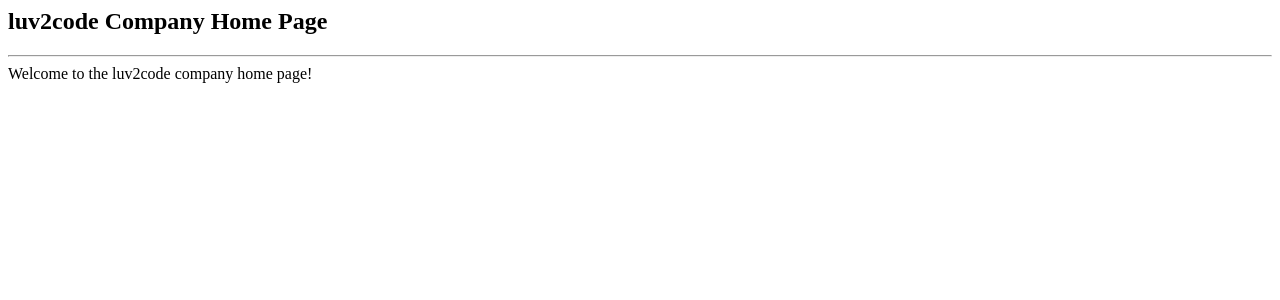
Repository: MOURAD1997-ctrl/dev-security
Page: http://localhost/spring-security-demo-02-basic-security/
These files come from the project's save history. The page is drawn as it stood at one moment and after the next save; the edit follows.
The browser window is 1280 px wide. The pictures show the whole page.
The page is served by Tomcat 9. Other server files are loaded and not shown.

Above is the page before, as saved 2020-06-04 16:06:54.

### spring-security-demo-02-basic-security/src/main/webapp/WEB-INF/view/home.jsp
<html>

<head>
    <title>luv2code Company Home Page</title>
</head>


<body>
   <h2>luv2code Company Home Page</h2>
   <hr>
   Welcome to the luv2code company home page!

</body>


</html>

After the next save:
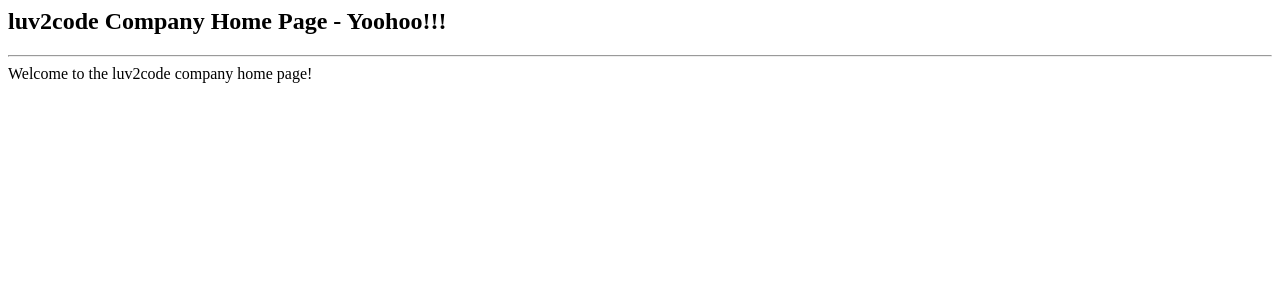
Saved 64 min 59 s later.
--- a/spring-security-demo-02-basic-security/src/main/webapp/WEB-INF/view/home.jsp
+++ b/spring-security-demo-02-basic-security/src/main/webapp/WEB-INF/view/home.jsp
@@ -6,7 +6,7 @@
 
 
 <body>
-   <h2>luv2code Company Home Page</h2>
+   <h2>luv2code Company Home Page - Yoohoo!!!</h2>
    <hr>
    Welcome to the luv2code company home page!
 

After the save that followed:
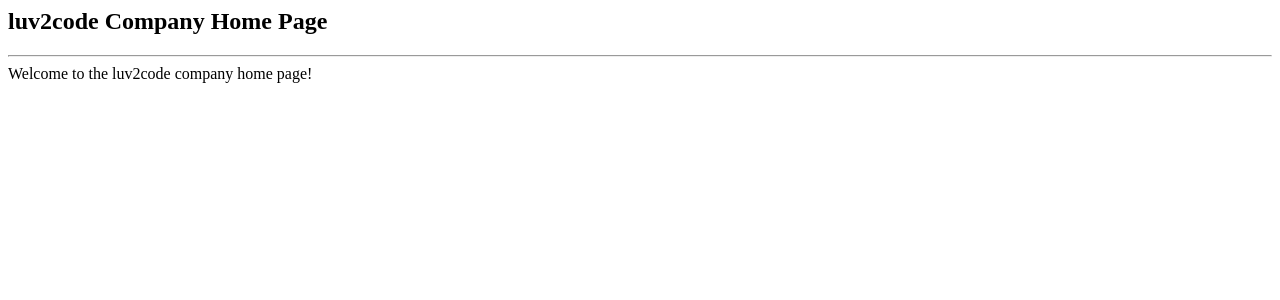
Saved 2 min 21 s later.
--- a/spring-security-demo-02-basic-security/src/main/webapp/WEB-INF/view/home.jsp
+++ b/spring-security-demo-02-basic-security/src/main/webapp/WEB-INF/view/home.jsp
@@ -6,7 +6,7 @@
 
 
 <body>
-   <h2>luv2code Company Home Page - Yoohoo!!!</h2>
+   <h2>luv2code Company Home Page</h2>
    <hr>
    Welcome to the luv2code company home page!
 
